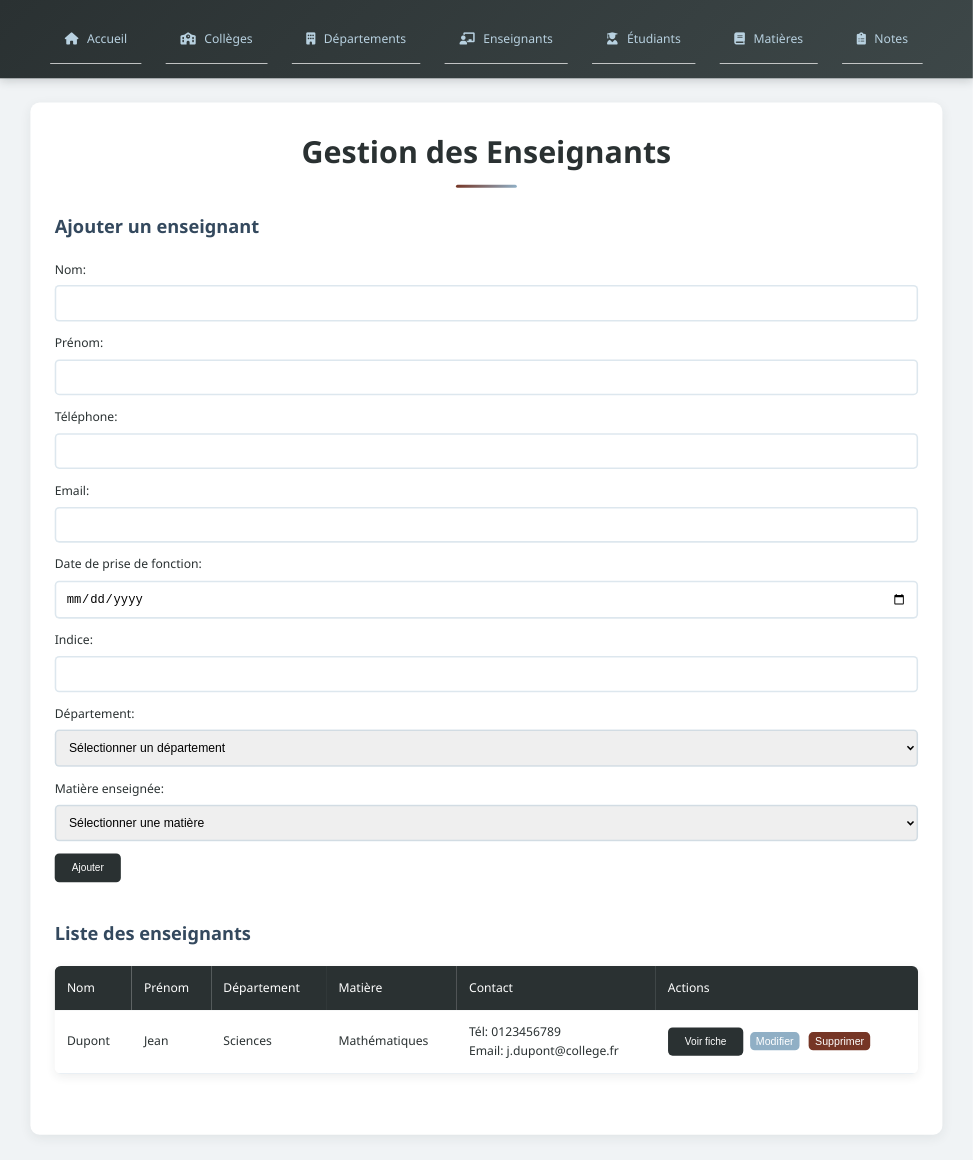
Repository: Ishimw3/college-management
Page: pages/teachers.html
These files come from the project's save history. The page is drawn as it stood at one moment and after the next save; the edit follows.
The browser window is 1280 px wide. The pictures show the whole page, at 76% of full size.

Above is the page before, as saved 2025-02-24 20:26:11.
Console error: ReferenceError: data is not defined

### pages/teachers.html
<!DOCTYPE html>
<html lang="fr">
<head>
    <meta charset="UTF-8">
    <meta name="viewport" content="width=device-width, initial-scale=1.0">
    <title>Gestion des Enseignants</title>
    <link rel="stylesheet" href="../assets/css/main.css">
    <link rel="stylesheet" href="https://cdnjs.cloudflare.com/ajax/libs/font-awesome/6.0.0-beta3/css/all.min.css">
</head>
<body>
    <nav>
        <ul>
            <li><a href="../index.html"><i class="fas fa-home"></i> Accueil</a></li>
            <li><a href="colleges.html"><i class="fas fa-school"></i> Collèges</a></li>
            <li><a href="departements.html"><i class="fas fa-building"></i> Départements</a></li>
            <li><a href="teachers.html"><i class="fas fa-chalkboard-teacher"></i> Enseignants</a></li>
            <li><a href="students.html"><i class="fas fa-user-graduate"></i> Étudiants</a></li>
            <li><a href="subjects.html"><i class="fas fa-book"></i> Matières</a></li>
            <li><a href="grades.html"><i class="fas fa-clipboard-list"></i> Notes</a></li>
        </ul>
    </nav>

    <div class="container">
        <h1>Gestion des Enseignants</h1>

        <!-- Formulaire d'ajout d'enseignant -->
        <section class="form-section">
            <h2>Ajouter un enseignant</h2>
            <form>
                <div class="form-group">
                    <label for="nom">Nom:</label>
                    <input type="text" id="nom" required>
                </div>
                <div class="form-group">
                    <label for="prenom">Prénom:</label>
                    <input type="text" id="prenom" required>
                </div>
                <div class="form-group">
                    <label for="tel">Téléphone:</label>
                    <input type="tel" id="tel" required>
                </div>
                <div class="form-group">
                    <label for="email">Email:</label>
                    <input type="email" id="email" required>
                </div>
                <div class="form-group">
                    <label for="date_fonction">Date de prise de fonction:</label>
                    <input type="date" id="date_fonction" required>
                </div>
                <div class="form-group">
                    <label for="indice">Indice:</label>
                    <input type="number" id="indice" required>
                </div>
                <div class="form-group">
                    <label for="departement">Département:</label>
                    <select id="departement" required>
                        <option value="">Sélectionner un département</option>
                        <option value="1">Sciences</option>
                        <option value="2">Lettres</option>
                    </select>
                </div>
                <div class="form-group">
                    <label for="matiere">Matière enseignée:</label>
                    <select id="matiere" required>
                        <option value="">Sélectionner une matière</option>
                        <option value="1">Mathématiques</option>
                        <option value="2">Physique</option>
                    </select>
                </div>
                <button type="submit">Ajouter</button>
            </form>
        </section>

        <!-- Liste des enseignants -->
        <section class="list-section">
            <h2>Liste des enseignants</h2>
            <table>
                <thead>
                    <tr>
                        <th>Nom</th>
                        <th>Prénom</th>
                        <th>Département</th>
                        <th>Matière</th>
                        <th>Contact</th>
                        <th>Actions</th>
                    </tr>
                </thead>
                <tbody>
                    <tr>
                        <td>Dupont</td>
                        <td>Jean</td>
                        <td>Sciences</td>
                        <td>Mathématiques</td>
                        <td>
                            <span class="contact-info">
                                Tél: 0123456789<br>
                                Email: j.dupont@college.fr
                            </span>
                        </td>
                        <td>
                            <button class="btn-view">Voir fiche</button>
                            <button class="btn-edit">Modifier</button>
                            <button class="btn-delete">Supprimer</button>
                        </td>
                    </tr>
                </tbody>
            </table>
        </section>

        <!-- Fiche signalétique (masquée par défaut) -->
        <section class="fiche-signaletique" id="fiche" style="display: none;">
            <h2>Fiche Signalétique</h2>
            <div class="card">
                <div class="fiche-content">
                    <h3>Informations personnelles</h3>
                    <p><strong>Nom:</strong> <span id="fiche-nom"></span></p>
                    <p><strong>Prénom:</strong> <span id="fiche-prenom"></span></p>
                    <p><strong>Téléphone:</strong> <span id="fiche-tel"></span></p>
                    <p><strong>Email:</strong> <span id="fiche-email"></span></p>
                    <p><strong>Date de prise de fonction:</strong> <span id="fiche-date"></span></p>
                    <p><strong>Indice:</strong> <span id="fiche-indice"></span></p>
                    <h3>Informations professionnelles</h3>
                    <p><strong>Département:</strong> <span id="fiche-departement"></span></p>
                    <p><strong>Matière enseignée:</strong> <span id="fiche-matiere"></span></p>
                </div>
                <button onclick="window.print()">Imprimer la fiche</button>
            </div>
        </section>
    </div>

    <script src="../assets/js/utils.js"></script>
    <script src="../assets/js/main.js"></script>
    <script src="../assets/js/app.js"></script>
</body>
</html>

### assets/css/main.css
:root {
    --charcoal: #2A3132;
    --rust: #763626;
    --sky-blue: #90AFC5;
    --light-sky: #b8d1e0;
    --dark-rust: #562419;
    --light-charcoal: #3d4748;
}

/* Reset et styles de base */
* {
    margin: 0;
    padding: 0;
    box-sizing: border-box;
}

body {
    font-family: 'Segoe UI', Tahoma, Geneva, Verdana, sans-serif;
    line-height: 1.6;
    color: var(--charcoal);
    background-color: #f0f3f5;
}

/* Navigation */
nav {
    background: linear-gradient(135deg, var(--charcoal), var(--light-charcoal));
    padding: 1.2rem;
    box-shadow: 0 4px 12px rgba(42, 49, 50, 0.2);
}

nav ul {
    list-style: none;
    display: flex;
    justify-content: center;
    gap: 2rem;
    max-width: 1200px;
    margin: 0 auto;
}

nav a {
    color: var(--light-sky);
    text-decoration: none;
    padding: 0.7rem 1.2rem;
    border-radius: 6px;
    transition: all 0.3s ease;
    display: flex;
    align-items: center;
    gap: 0.7rem;
}

nav a:hover {
    background-color: var(--rust);
    transform: translateY(-2px);
    color: white;
}

/* Conteneur principal */
.container {
    max-width: 1200px;
    margin: 2rem auto;
    padding: 2rem;
    background-color: white;
    border-radius: 12px;
    box-shadow: 0 4px 16px rgba(42, 49, 50, 0.08);
}

/* En-têtes */
h1 {
    margin-bottom: 2rem;
    color: var(--charcoal);
    font-size: 2.5rem;
    text-align: center;
    position: relative;
    padding-bottom: 1rem;
}

h1:after {
    content: '';
    position: absolute;
    bottom: 0;
    left: 50%;
    transform: translateX(-50%);
    width: 80px;
    height: 4px;
    background: linear-gradient(90deg, var(--rust), var(--sky-blue));
    border-radius: 2px;
}

h2, h3 {
    margin: 1.5rem 0;
    color: #34495e;
    font-family: 'Segoe UI', Tahoma, Geneva, Verdana, sans-serif;
}

/* Sections */
.form-section, .list-section {
    margin-bottom: 3rem;
}

/* Formulaires */
.form-group {
    margin-bottom: 1rem;
}

label {
    display: block;
    margin-bottom: 0.5rem;
    font-weight: 500;
    color: var(--charcoal);
}

input, select {
    width: 100%;
    padding: 0.8rem;
    border: 2px solid rgba(144, 175, 197, 0.3);
    border-radius: 6px;
    font-size: 1rem;
    transition: all 0.3s ease;
}

input:focus, select:focus {
    border-color: var(--sky-blue);
    outline: none;
    box-shadow: 0 0 0 3px rgba(144, 175, 197, 0.2);
}

button {
    padding: 0.7rem 1.4rem;
    background: var(--charcoal);
    color: white;
    border: none;
    border-radius: 6px;
    cursor: pointer;
    transition: all 0.3s ease;
    font-weight: 500;
}

button:hover {
    background: var(--rust);
    transform: translateY(-2px);
}

/* Tableaux */
table {
    width: 100%;
    border-collapse: separate;
    border-spacing: 0;
    margin: 1.5rem 0;
    background-color: white;
    border-radius: 8px;
    overflow: hidden;
    box-shadow: 0 4px 12px rgba(42, 49, 50, 0.08);
}

th, td {
    padding: 1rem;
    text-align: left;
}

th {
    background: var(--charcoal);
    color: white;
    font-weight: 500;
}

td {
    border-bottom: 1px solid rgba(144, 175, 197, 0.2);
}

tr:nth-child(even) {
    background-color: #f9f9f9;
}

tr:hover {
    background-color: rgba(144, 175, 197, 0.1);
}

/* Boutons dans les tableaux */
.btn-edit, .btn-delete {
    padding: 0.25rem 0.5rem;
    margin: 0 0.25rem;
    font-size: 0.875rem;
}

.btn-edit {
    background: var(--sky-blue);
}

.btn-delete {
    background: var(--rust);
}

/* Cartes */
.card {
    border: 1px solid #ddd;
    padding: 1.5rem;
    border-radius: 8px;
    margin: 1rem 0;
    background-color: white;
    box-shadow: 0 2px 4px rgba(0,0,0,0.1);
}

/* Impression */
@media print {
    nav, button, .form-section {
        display: none;
    }

    body {
        background: white;
    }

    .container {
        box-shadow: none;
        padding: 0;
    }

    table {
        border: 1px solid #ddd;
    }
}

/* Responsive */
@media (max-width: 768px) {
    nav ul {
        flex-direction: column;
        align-items: center;
    }

    .container {
        padding: 1rem;
    }

    table {
        display: block;
        overflow-x: auto;
    }
}

/* Grille de statistiques */
.stats-grid {
    display: grid;
    grid-template-columns: repeat(auto-fit, minmax(250px, 1fr));
    gap: 1.5rem;
    margin: 1.5rem 0;
}

.stat-card {
    background: white;
    padding: 1.5rem;
    border-radius: 12px;
    box-shadow: 0 4px 12px rgba(42, 49, 50, 0.08);
    transition: all 0.3s ease;
    border: 1px solid rgba(144, 175, 197, 0.2);
}

.stat-card:hover {
    transform: translateY(-5px);
    box-shadow: 0 8px 24px rgba(42, 49, 50, 0.12);
}

.stat-item {
    display: flex;
    flex-direction: column;
    align-items: center;
    padding: 1.5rem;
    background: linear-gradient(135deg, #f8f9fa, #fff);
    border-radius: 8px;
    border: 1px solid rgba(144, 175, 197, 0.3);
}

.stat-label {
    font-size: 0.875rem;
    color: #6c757d;
    margin-bottom: 0.5rem;
}

.stat-value {
    font-size: 2rem;
    font-weight: bold;
    color: var(--rust);
    margin-top: 0.5rem;
}

/* Filtres */
.filters {
    display: grid;
    grid-template-columns: repeat(auto-fit, minmax(200px, 1fr));
    gap: 1rem;
    margin-bottom: 1.5rem;
    padding: 1.5rem;
    background: linear-gradient(135deg, #f8f9fa, #fff);
    border: 1px solid rgba(144, 175, 197, 0.3);
    border-radius: 12px;
}

/* Liste sans puces */
ul {
    list-style: none;
    padding: 0;
}

ul li {
    padding: 0.5rem 0;
    border-bottom: 1px solid #eee;
}

/* États des salles */
.rooms-list td:last-child {
    font-weight: 500;
}

.rooms-list td:last-child:contains('Disponible') {
    color: #2ecc71;
}

.rooms-list td:last-child:contains('En cours') {
    color: var(--rust);
}

/* Améliorations pour l'impression */
@media print {
    .filters,
    .form-section,
    .btn-edit,
    .btn-delete {
        display: none;
    }

    .stats-grid {
        display: block;
    }

    .stat-card {
        page-break-inside: avoid;
        margin-bottom: 1rem;
    }
}

/* Responsive pour petits écrans */
@media (max-width: 576px) {
    .stats-grid {
        grid-template-columns: 1fr;
    }

    .filters {
        grid-template-columns: 1fr;
    }

    .stat-item {
        padding: 0.75rem;
    }

    .stat-value {
        font-size: 1.25rem;
    }
}

### assets/js/utils.js
// ...existing code...

const DataManager = {
    // Stockage local
    saveData() {
        localStorage.setItem('collegeData', JSON.stringify(data));
    },

    loadData() {
        const savedData = localStorage.getItem('collegeData');
        if (savedData) {
            data = JSON.parse(savedData);
        }
    },

    // CRUD Opérations génériques
    add(type, item) {
        item.id = Date.now(); // Simple ID unique
        data[type].push(item);
        this.saveData();
        return item;
    },

    update(type, id, updates) {
        const index = data[type].findIndex(item => item.id === id);
        if (index !== -1) {
            data[type][index] = { ...data[type][index], ...updates };
            this.saveData();
            return true;
        }
        return false;
    },

    delete(type, id) {
        data[type] = data[type].filter(item => item.id !== id);
        this.saveData();
    },

    get(type, id) {
        return data[type].find(item => item.id === id);
    },

    getAll(type) {
        return data[type];
    }
};

// ...existing code...

### assets/js/main.js
document.addEventListener('DOMContentLoaded', () => {
    // Initialisation des données
    let data = {
        colleges: [],
        departements: [],
        enseignants: [],
        etudiants: [],
        matieres: [],
        notes: []
    };

    // Initialisation
    const initialize = () => {
        DataManager.loadData();
        UIManager.initializeForms();
        UIManager.initializeTables();
        UIManager.setupPrintButtons();
        UIManager.initializeDetailViews();
        UIManager.updateAverages();
    };

    initialize();
});

Loaded but not shown: assets/js/app.js (189 lines, source omitted)

After the next save:
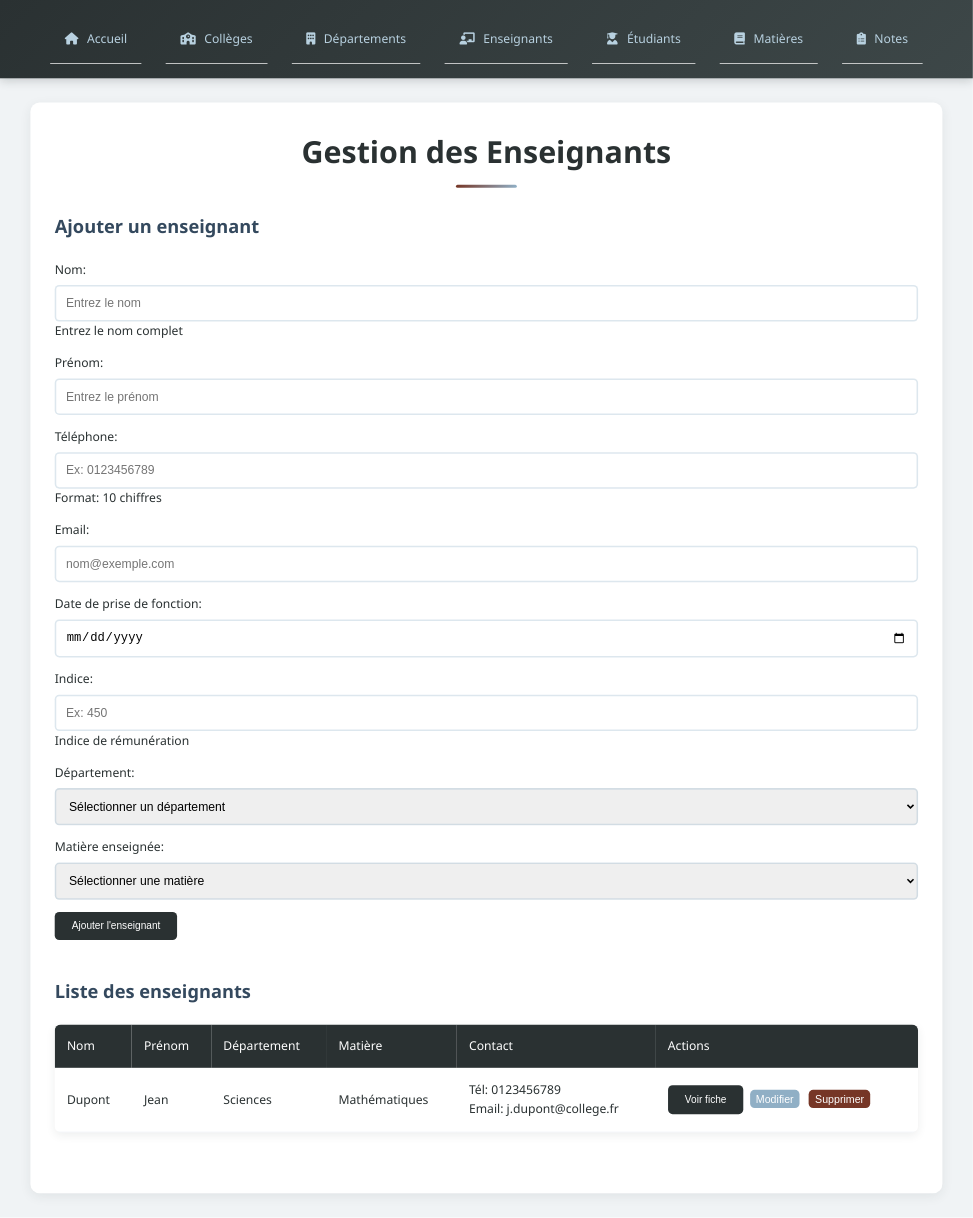
Saved 12 min 0 s later.
--- a/pages/teachers.html
+++ b/pages/teachers.html
@@ -27,47 +27,62 @@
         <section class="form-section">
             <h2>Ajouter un enseignant</h2>
             <form>
-                <div class="form-group">
-                    <label for="nom">Nom:</label>
-                    <input type="text" id="nom" required>
+                <div class="form-row">
+                    <div class="form-group">
+                        <label for="nom">Nom:</label>
+                        <input type="text" id="nom" name="nom" required placeholder="Entrez le nom">
+                        <div class="form-help">Entrez le nom complet</div>
+                    </div>
+                    <div class="form-group">
+                        <label for="prenom">Prénom:</label>
+                        <input type="text" id="prenom" name="prenom" required placeholder="Entrez le prénom">
+                    </div>
                 </div>
-                <div class="form-group">
-                    <label for="prenom">Prénom:</label>
-                    <input type="text" id="prenom" required>
+
+                <div class="form-row">
+                    <div class="form-group">
+                        <label for="tel">Téléphone:</label>
+                        <input type="tel" id="tel" name="tel" required placeholder="Ex: 0123456789">
+                        <div class="form-help">Format: 10 chiffres</div>
+                    </div>
+                    <div class="form-group">
+                        <label for="email">Email:</label>
+                        <input type="email" id="email" name="email" required placeholder="nom@exemple.com">
+                    </div>
                 </div>
-                <div class="form-group">
-                    <label for="tel">Téléphone:</label>
-                    <input type="tel" id="tel" required>
+
+                <div class="form-row">
+                    <div class="form-group">
+                        <label for="date_fonction">Date de prise de fonction:</label>
+                        <input type="date" id="date_fonction" name="date_fonction" required>
+                    </div>
+                    <div class="form-group">
+                        <label for="indice">Indice:</label>
+                        <input type="number" id="indice" name="indice" required min="1" placeholder="Ex: 450">
+                        <div class="form-help">Indice de rémunération</div>
+                    </div>
                 </div>
-                <div class="form-group">
-                    <label for="email">Email:</label>
-                    <input type="email" id="email" required>
+
+                <div class="form-row">
+                    <div class="form-group">
+                        <label for="departement">Département:</label>
+                        <select id="departement" name="departement" required>
+                            <option value="">Sélectionner un département</option>
+                            <option value="1">Sciences</option>
+                            <option value="2">Lettres</option>
+                        </select>
+                    </div>
+                    <div class="form-group">
+                        <label for="matiere">Matière enseignée:</label>
+                        <select id="matiere" name="matiere" required>
+                            <option value="">Sélectionner une matière</option>
+                            <option value="1">Mathématiques</option>
+                            <option value="2">Physique</option>
+                        </select>
+                    </div>
                 </div>
-                <div class="form-group">
-                    <label for="date_fonction">Date de prise de fonction:</label>
-                    <input type="date" id="date_fonction" required>
-                </div>
-                <div class="form-group">
-                    <label for="indice">Indice:</label>
-                    <input type="number" id="indice" required>
-                </div>
-                <div class="form-group">
-                    <label for="departement">Département:</label>
-                    <select id="departement" required>
-                        <option value="">Sélectionner un département</option>
-                        <option value="1">Sciences</option>
-                        <option value="2">Lettres</option>
-                    </select>
-                </div>
-                <div class="form-group">
-                    <label for="matiere">Matière enseignée:</label>
-                    <select id="matiere" required>
-                        <option value="">Sélectionner une matière</option>
-                        <option value="1">Mathématiques</option>
-                        <option value="2">Physique</option>
-                    </select>
-                </div>
-                <button type="submit">Ajouter</button>
+
+                <button type="submit">Ajouter l'enseignant</button>
             </form>
         </section>
 
